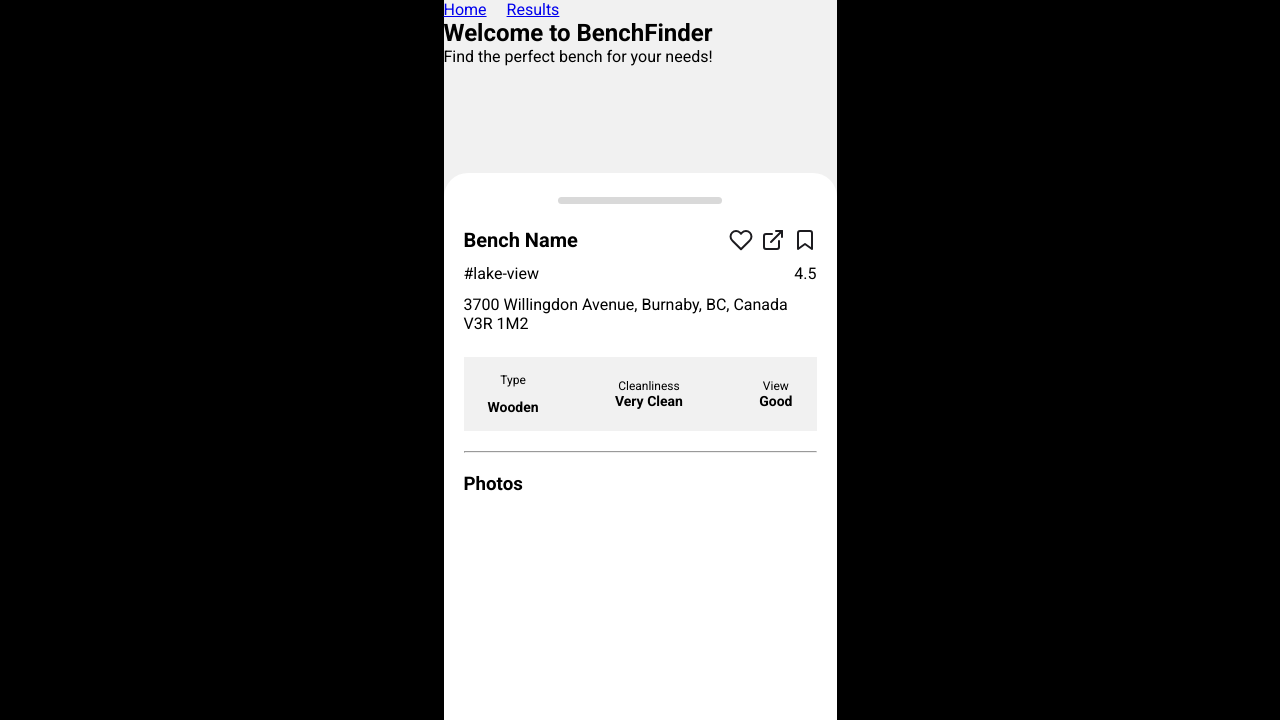
Repository: HidayatPatil/BenchFinder
Page: /
An editor plug-in stored every save of this project. The page is shown before and after the next save, followed by the edit.
The browser window is 1280 px wide. The pictures show the whole page.
The project was rebuilt for these pictures with package versions that can differ from the ones it lists, and the page was loaded fresh each time. Also part of the build but not shown: vite.config.js, src/Results.jsx.

Above is the page before, as saved 2025-10-09 21:37:28.

After the next save:
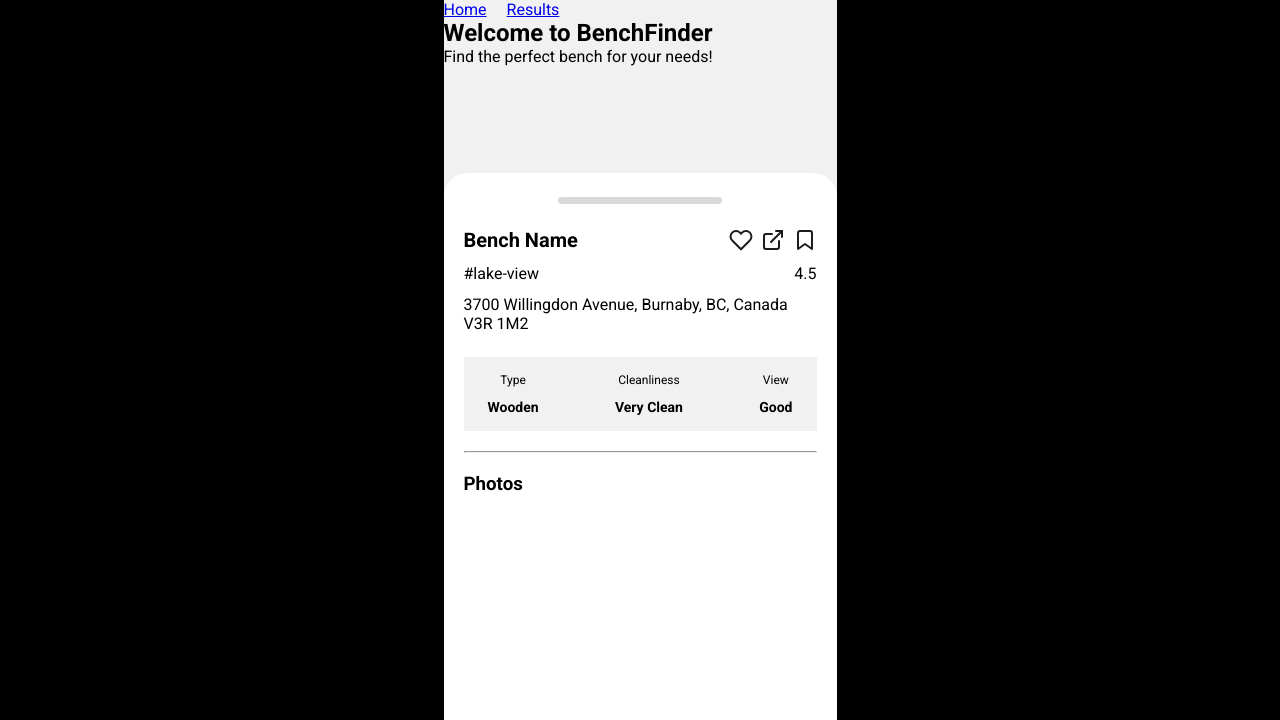
Saved 15 s later.
--- a/src/components/contentDrawer.jsx
+++ b/src/components/contentDrawer.jsx
@@ -33,13 +33,13 @@ export default function ContentDrawer() {
               <h4 className="overview_title">Type</h4>
               <p className="overview_content">Wooden</p>
             </div>
-            <span className="bench_overview_container"/>
-            <div className="bench_cleanliness">
+            <span className="box_data_seperators"/>
+            <div className="bench_overview_container">
               <h4 className="overview_title">Cleanliness</h4>
               <p className="overview_content">Very Clean</p>
             </div>
-            <span className="bench_overview_container"/>
-            <div className="bench_view">
+            <span className="box_data_seperators"/>
+            <div className="bench_overview_container">
               <h4 className="overview_title">View</h4>
               <p className="overview_content">Good</p>
             </div>
